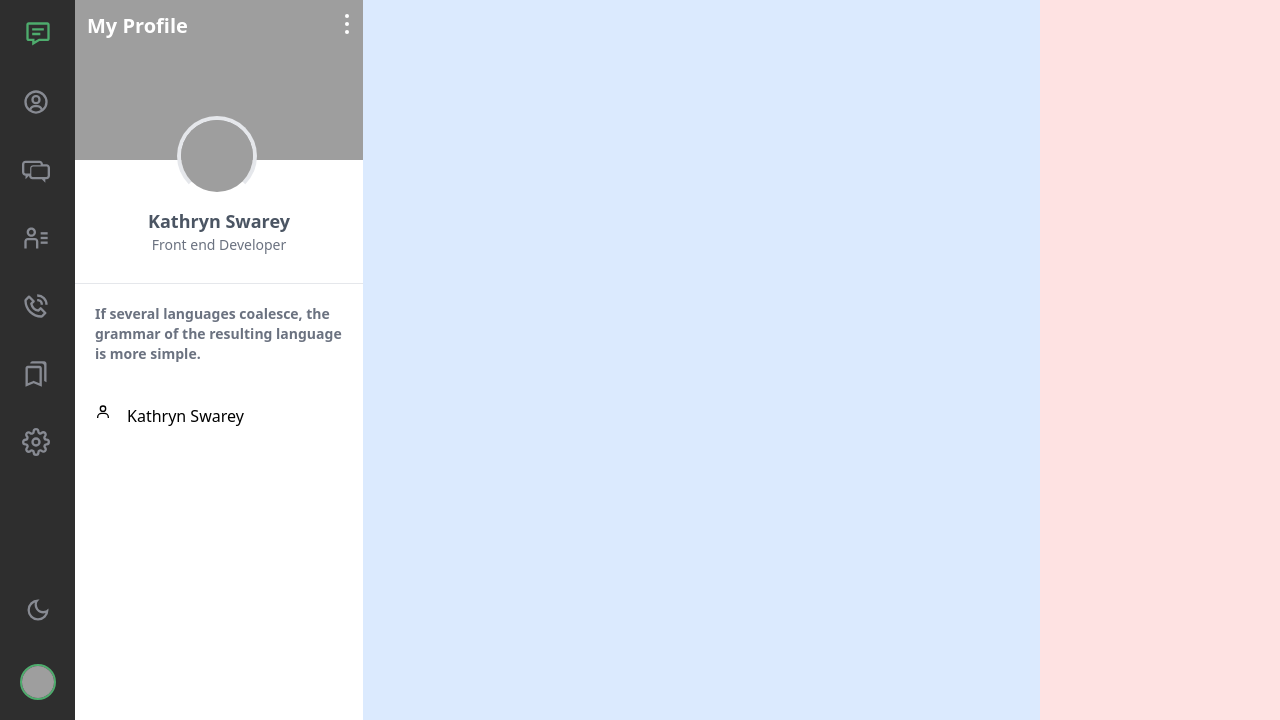
Repository: satya-ranjon/Chat-app
Page: /
An editor plug-in stored every save of this project. The page is shown before and after the next save, followed by the edit.
The browser window is 1280 px wide. The pictures show the whole page.
Pictures or frames that could not be fetched are drawn as grey boxes. The project was rebuilt for these pictures with package versions that can differ from the ones it lists, and the page was loaded fresh each time.

Above is the page before, as saved 2022-03-31 04:12:13.

After the next save:
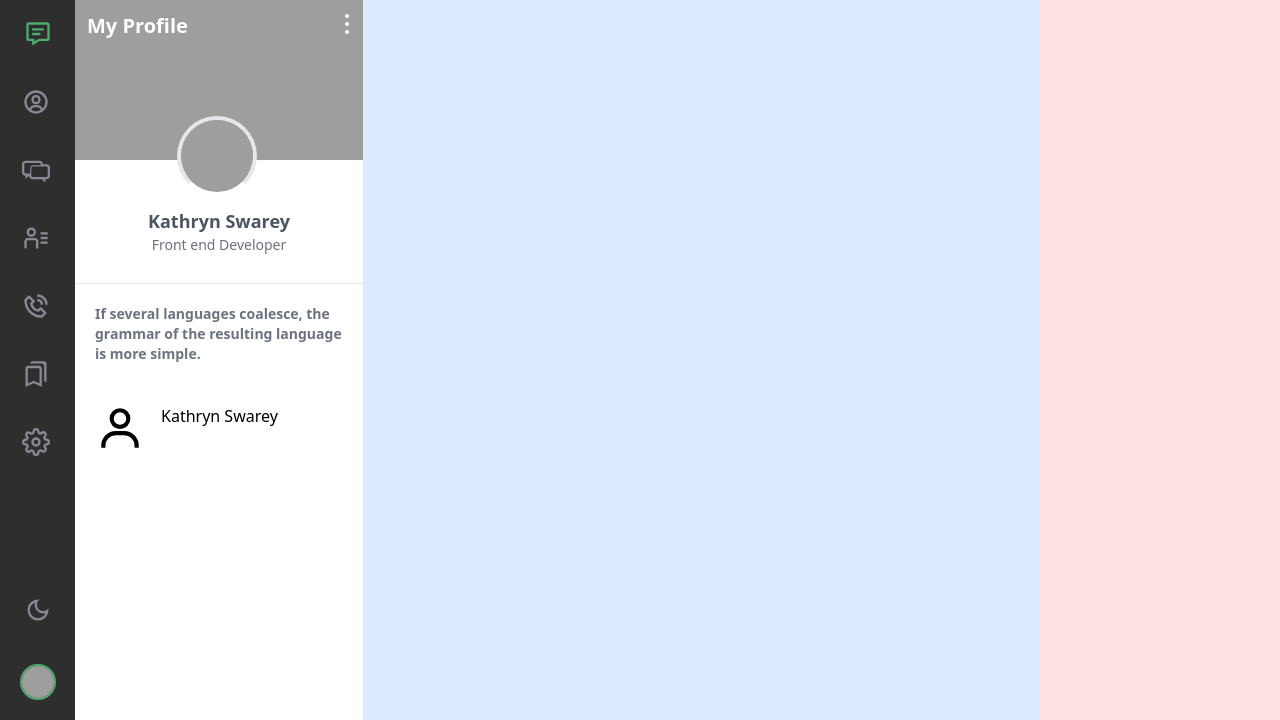
Saved 11 s later.
--- a/src/components/MyProfile/ProfileInfo.jsx
+++ b/src/components/MyProfile/ProfileInfo.jsx
@@ -10,7 +10,7 @@ export default function ProfileInfo() {
       </p>
       <div className="flex p-5 flex-col">
         <div className="flex space-x-4 ">
-          <BiUser width="50" />
+          <BiUser size="50" />
           <p>Kathryn Swarey</p>
         </div>
       </div>
